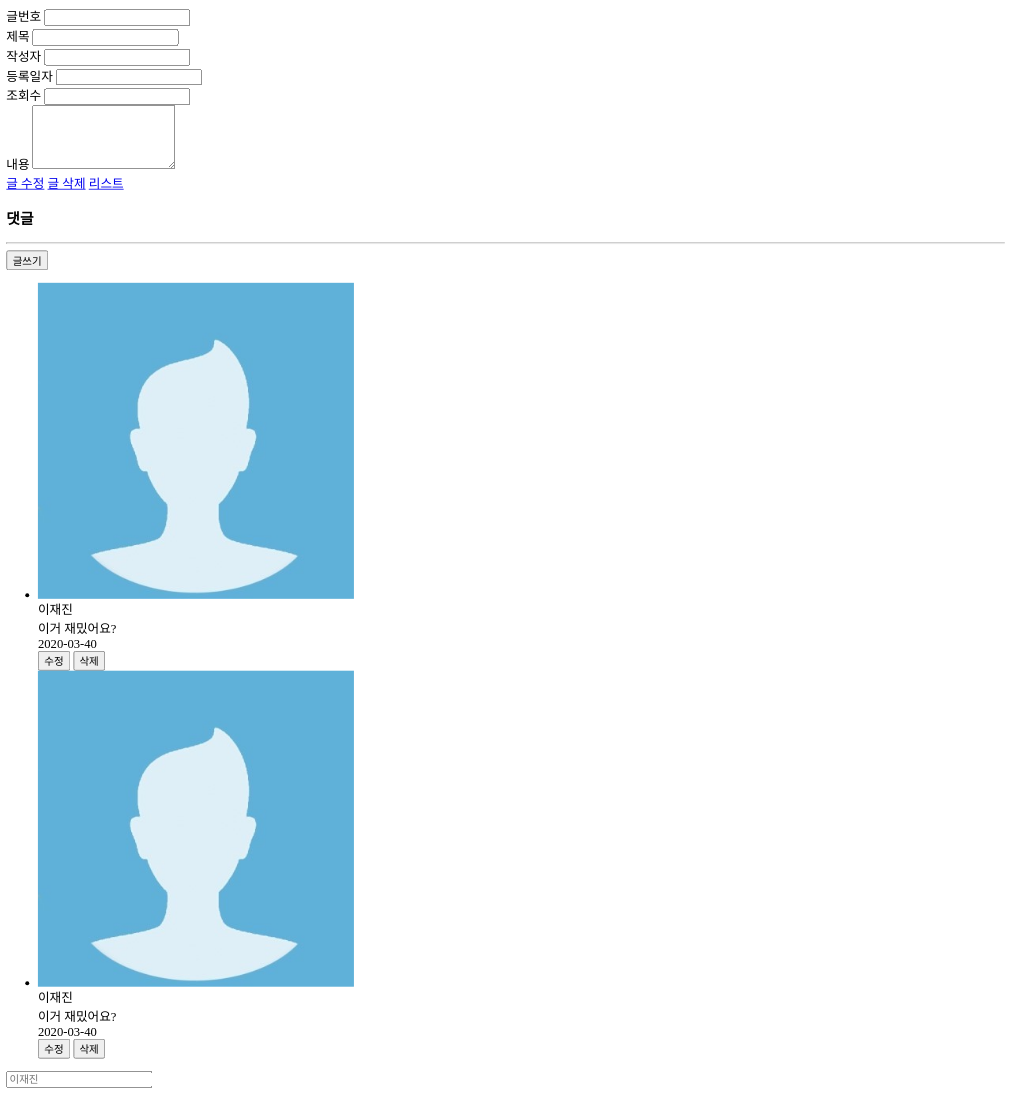
Repository: JaeJin2044/Community_spring
Page: http://localhost/Community/WEB-INF/views/board/detail.jsp
These files come from the project's save history. The page is drawn as it stood at one moment and after the next save; the edit follows.
The browser window is 1280 px wide. The pictures show the whole page, at 79% of full size.
The page is served by Tomcat 9. Nobody is signed in. The template is opened directly, without the code that normally fills it, so the values that code supplies are empty.

Above is the page before, as saved 2021-03-29 07:31:40.

After the next save:
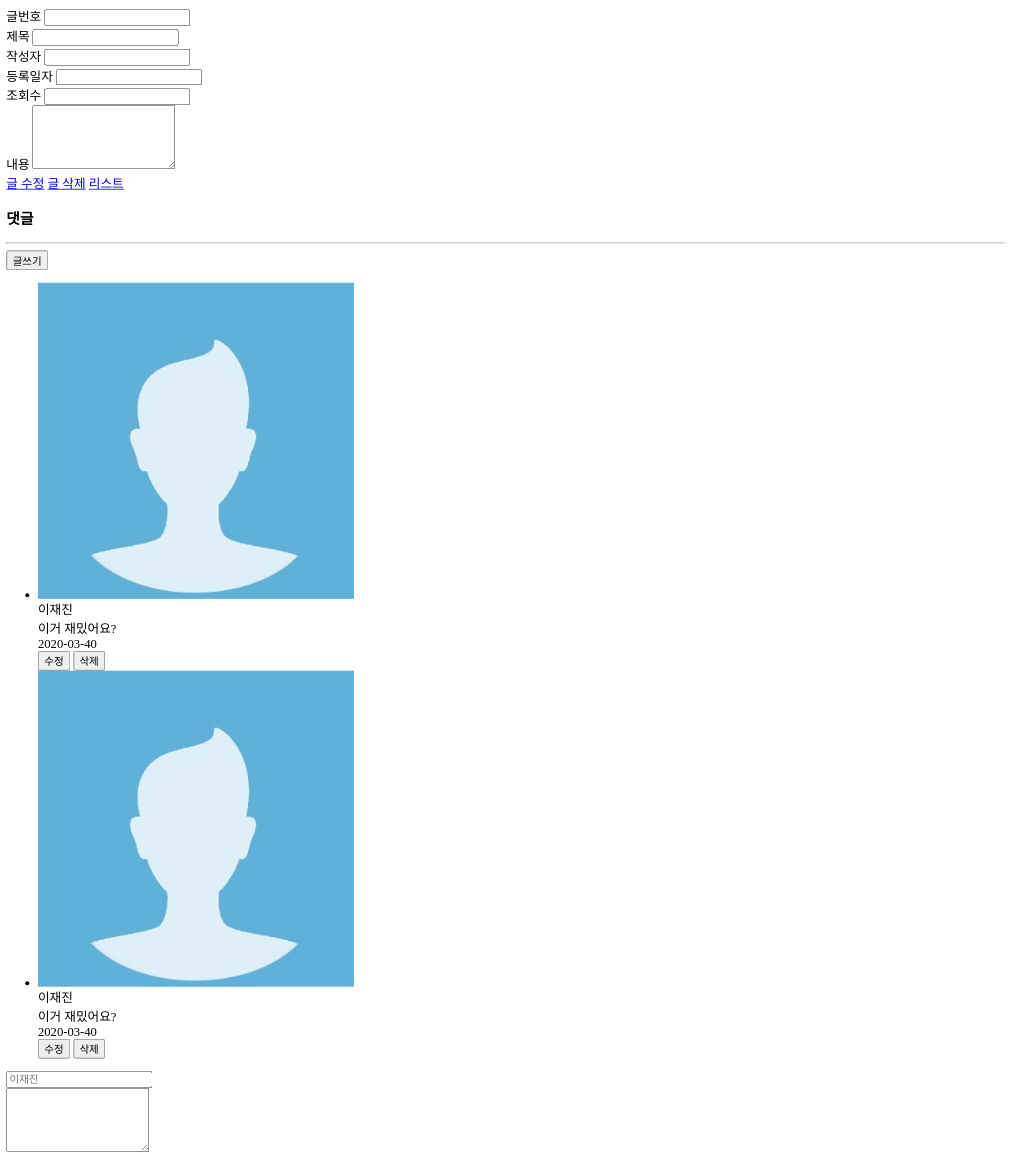
Saved 25 s later.
--- a/Community/src/main/webapp/WEB-INF/views/board/detail.jsp
+++ b/Community/src/main/webapp/WEB-INF/views/board/detail.jsp
@@ -87,7 +87,9 @@
 				<input type="text" name="" placeholder="이재진">
 			</div>
 			<div>
+				<textarea class="form-control" rows="5" name="b_content" id="b_content" readonly>
 
+				</textarea>
 			</div>
 		</form>
 	</div>
